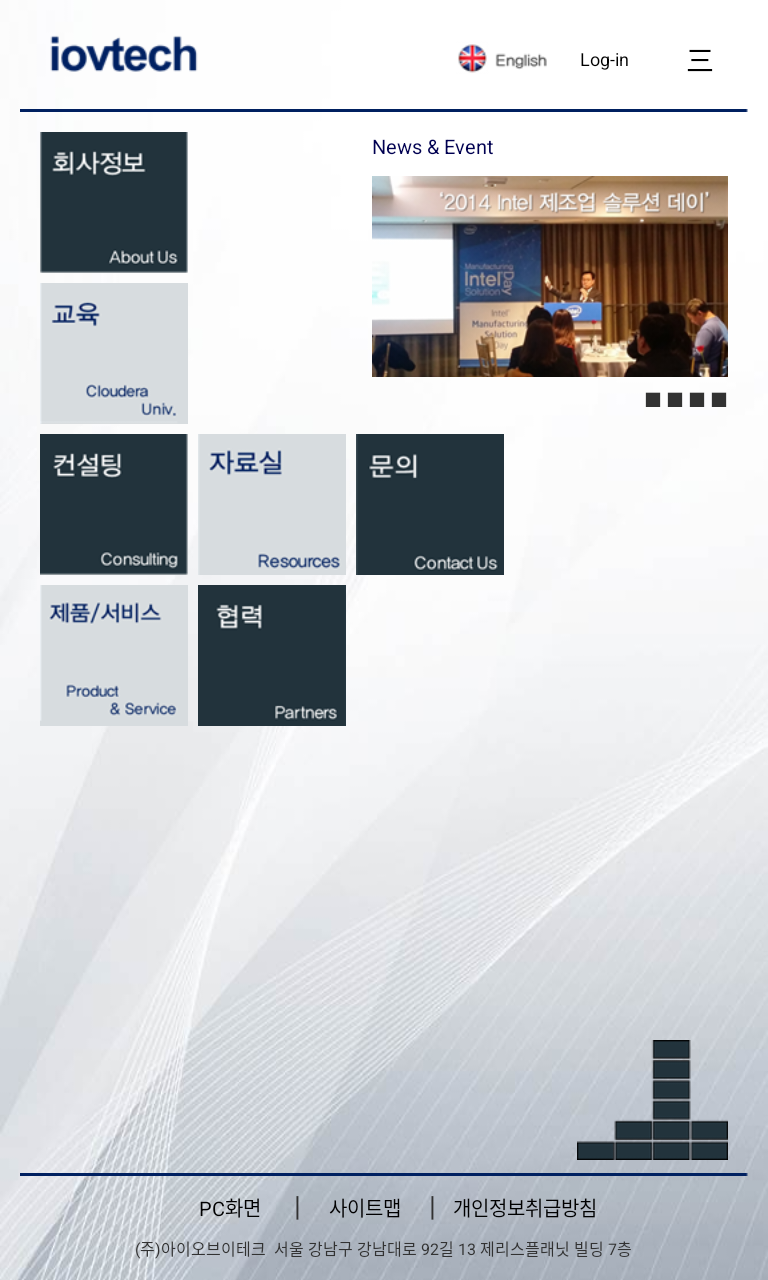
Repository: hyekkyung/CDH_Tutorials
Layout: Mobile_IOV/res/layout/m_main_kor.xml
The author's editor kept a copy of each file at every save. The layout is drawn from the files as they stood at one save, then again after the next save.
It is drawn on a 768 x 1280 px phone screen (xhdpi) without system bars, with theme AppTheme; the app's code is not run.

Above is the layout before, as saved 2015-02-02 08:12:31.

### Mobile_IOV/res/layout/m_main_kor.xml
<?xml version="1.0" encoding="utf-8"?>
<RelativeLayout xmlns:android="http://schemas.android.com/apk/res/android"
    android:layout_width="match_parent"
    android:layout_height="match_parent"
    android:background="@drawable/bg_main"
    android:paddingBottom="10sp"
    android:paddingLeft="10sp"
    android:paddingRight="10sp"
    android:paddingTop="5sp" >

    <LinearLayout
        android:id="@+id/linearLayout1"
        android:layout_width="wrap_content"
        android:layout_height="wrap_content"
        android:layout_alignParentLeft="true"
        android:layout_alignParentRight="true"
        android:layout_alignParentTop="true" >

        <ImageButton
       		android:id="@+id/home_btn"
            style="?android:attr/buttonStyleSmall"
            android:layout_width="wrap_content"
            android:layout_height="wrap_content"
            android:background="#0000000"
            android:src="@drawable/logo_03" />

        <ImageButton
       		android:id="@+id/kor_btn"
            style="?android:attr/buttonStyleSmall"
            android:layout_width="wrap_content"
            android:layout_height="wrap_content"
            android:background="#0000000"
            android:layout_weight="0.5"
            android:layout_marginLeft="25sp"
            android:onClick="mOnclick" />

        <ImageView
       		android:id="@+id/lang_btn"
            android:layout_width="wrap_content"
            android:layout_height="wrap_content"
            android:background="@drawable/eng_btn"
            android:paddingLeft="3sp"
            android:onClick="mOnclick"
            android:layout_gravity="center" />

        <Button
       		android:id="@+id/join_btn"
            style="?android:attr/buttonStyleSmall"
            android:layout_width="wrap_content"
            android:layout_height="wrap_content"
            android:background="#0000000"
            android:text="Log-in"
            android:textSize="9sp"
            android:layout_gravity="center" />

        <Button
       		android:id="@+id/sub_btn"
            style="?android:attr/buttonStyleSmall"
            android:layout_width="wrap_content"
            android:layout_height="wrap_content"
            android:background="#0000000"
            android:text="三"
            android:layout_gravity="center" />

    </LinearLayout>

    <ImageView
        android:id="@+id/imageView1"
        android:layout_width="wrap_content"
        android:layout_height="wrap_content"
        android:layout_below="@+id/linearLayout1"
        android:layout_centerHorizontal="true"
        android:src="@drawable/sep_line" />

    <TextView
        android:id="@+id/textView1"
        android:layout_width="wrap_content"
        android:layout_height="wrap_content"
        android:layout_alignParentBottom="true"
        android:layout_centerHorizontal="true"
        android:paddingTop="5sp"
        android:text="(주)아이오브이테크  서울 강남구 강남대로 92길 13 제리스플래닛 빌딩 7층"
        android:textSize="8sp" />

    <LinearLayout
        android:id="@+id/linearLayout2"
        android:layout_width="wrap_content"
        android:layout_height="wrap_content"
        android:layout_above="@+id/textView1"
        android:layout_centerHorizontal="true" >

        <Button
            android:id="@+id/pc_btn"
            android:layout_width="wrap_content"
            android:layout_height="20sp"
            android:background="#0000000"
            android:text=" PC화면 "
            android:textSize="10sp" />

        <TextView
            android:layout_width="wrap_content"
            android:layout_height="wrap_content"
            android:text="|"
            android:textAppearance="?android:attr/textAppearanceSmall" />

        <Button
            android:id="@+id/sitemap_btn"
            android:layout_width="wrap_content"
            android:layout_height="20sp"
            android:background="#0000000"
            android:text=" 사이트맵 "
            android:textSize="10sp" />

        <TextView
            android:layout_width="wrap_content"
            android:layout_height="wrap_content"
            android:text="| "
            android:textAppearance="?android:attr/textAppearanceSmall" />

        <Button
            android:id="@+id/personal_btn"
            android:layout_width="wrap_content"
            android:layout_height="20sp"
            android:background="#0000000"
            android:text="  개인정보취급방침 "
            android:textSize="10sp" />
    </LinearLayout>

    <ImageView
        android:id="@+id/imageView3"
        android:layout_width="wrap_content"
        android:layout_height="wrap_content"
        android:layout_above="@+id/linearLayout2"
        android:layout_alignLeft="@+id/imageView1"
        android:paddingTop="5sp"
        android:paddingBottom="5sp"
        android:src="@drawable/sep_line" />

    <RelativeLayout
        android:layout_width="wrap_content"
        android:layout_height="wrap_content"
        android:layout_alignBottom="@+id/imageView3"
        android:layout_alignParentLeft="true"
        android:layout_alignRight="@+id/imageView3"
        android:layout_below="@+id/imageView1"
        android:paddingLeft="10sp"
        android:paddingRight="10sp"
        android:paddingTop="10sp"
        android:paddingBottom="10sp" >

        <ImageButton
            android:id="@+id/event_1"
            android:layout_width="wrap_content"
            android:layout_height="wrap_content"
            android:layout_alignParentRight="true"
            android:layout_below="@+id/textView2"
            android:src="@drawable/event_1"
            android:background="#FFFFFF"
            android:paddingTop="5sp" />

        <TextView
            android:id="@+id/textView2"
            android:layout_width="wrap_content"
            android:layout_height="wrap_content"
            android:layout_alignLeft="@+id/event_1"
            android:layout_alignParentTop="true"
            android:text="News &amp; Event"
            android:textColor="#000051"
            android:textSize="10sp"
            android:paddingBottom="3sp" />

        <ImageButton
            android:id="@+id/info_btn"
            android:layout_width="wrap_content"
            android:layout_height="wrap_content"
            android:layout_alignParentLeft="true"
            android:layout_alignTop="@+id/textView2"
            android:background="#0000000"
            android:src="@drawable/icon_info" />

        <ImageButton
            android:id="@+id/edu_btn"
            android:layout_width="wrap_content"
            android:layout_height="wrap_content"
            android:layout_alignParentLeft="true"
            android:layout_below="@+id/info_btn"
            android:src="@drawable/icon_edu"
            android:background="#0000000"
            android:paddingTop="5sp" />

        <ImageButton
            android:id="@+id/consult_btn"
            android:layout_width="wrap_content"
            android:layout_height="wrap_content"
            android:layout_alignParentLeft="true"
            android:layout_below="@+id/edu_btn"
            android:src="@drawable/icon_consult"
            android:background="#0000000"
            android:paddingTop="5sp" />

        <ImageButton
            android:id="@+id/product_btn"
            android:layout_width="wrap_content"
            android:layout_height="wrap_content"
            android:layout_alignParentLeft="true"
            android:layout_below="@+id/consult_btn"
            android:src="@drawable/icon_product"
            android:background="#0000000"
            android:paddingTop="5sp" />

        <ImageButton
            android:id="@+id/ref_btn"
            android:layout_width="wrap_content"
            android:layout_height="wrap_content"
            android:layout_alignTop="@+id/consult_btn"
            android:layout_toRightOf="@+id/consult_btn"
            android:src="@drawable/icon_resource"
            android:background="#0000000"
            android:paddingTop="5sp"
            android:paddingLeft="5sp" />

        <ImageButton
            android:id="@+id/partner_btn"
            android:layout_width="wrap_content"
            android:layout_height="wrap_content"
            android:layout_alignLeft="@+id/ref_btn"
            android:layout_alignTop="@+id/product_btn"
            android:src="@drawable/icon_partner"
            android:background="#0000000"
            android:paddingTop="5sp"
            android:paddingLeft="5sp" />

        <ImageButton
            android:id="@+id/contact_btn"
            android:layout_width="wrap_content"
            android:layout_height="wrap_content"
            android:layout_alignTop="@+id/ref_btn"
            android:layout_toRightOf="@+id/ref_btn"
            android:src="@drawable/icon_contact"
            android:background="#0000000"
            android:paddingTop="5sp"
            android:paddingLeft="5sp" />

        <ImageView
            android:id="@+id/imageView2"
            android:layout_width="wrap_content"
            android:layout_height="wrap_content"
            android:layout_alignParentBottom="true"
            android:layout_alignRight="@+id/event_1"
            android:src="@drawable/logo_graph"
            android:paddingBottom="3sp" />

        <TextView
            android:id="@+id/textView3"
            android:layout_width="wrap_content"
            android:layout_height="wrap_content"
            android:layout_alignRight="@+id/event_1"
            android:layout_below="@+id/event_1"
            android:text="■"
            android:textSize="12sp"
            android:paddingTop="2sp"
            android:paddingLeft="2sp" />

        <TextView
            android:id="@+id/textView4"
            android:layout_width="wrap_content"
            android:layout_height="wrap_content"
            android:layout_below="@+id/event_1"
            android:layout_toLeftOf="@+id/textView3"
            android:text="■"
            android:textSize="12sp"
            android:paddingTop="2sp"
            android:paddingLeft="2sp" />

        <TextView
            android:id="@+id/textView5"
            android:layout_width="wrap_content"
            android:layout_height="wrap_content"
            android:layout_below="@+id/event_1"
            android:layout_toLeftOf="@+id/textView4"
            android:text="■"
            android:textSize="12sp"
            android:paddingTop="2sp"
            android:paddingLeft="2sp" />

        <TextView
            android:id="@+id/textView6"
            android:layout_width="wrap_content"
            android:layout_height="wrap_content"
            android:layout_below="@+id/event_1"
            android:layout_toLeftOf="@+id/textView5"
            android:text="■"
            android:textSize="12sp"
            android:paddingTop="2sp"
            android:paddingLeft="2sp" />

    </RelativeLayout>

</RelativeLayout>

Loaded but not shown: Mobile_IOV/res/values/styles.xml (common file); Mobile_IOV/res/values-v11/styles.xml (common file); Mobile_IOV/res/values-v14/styles.xml (common file)

After the next save:
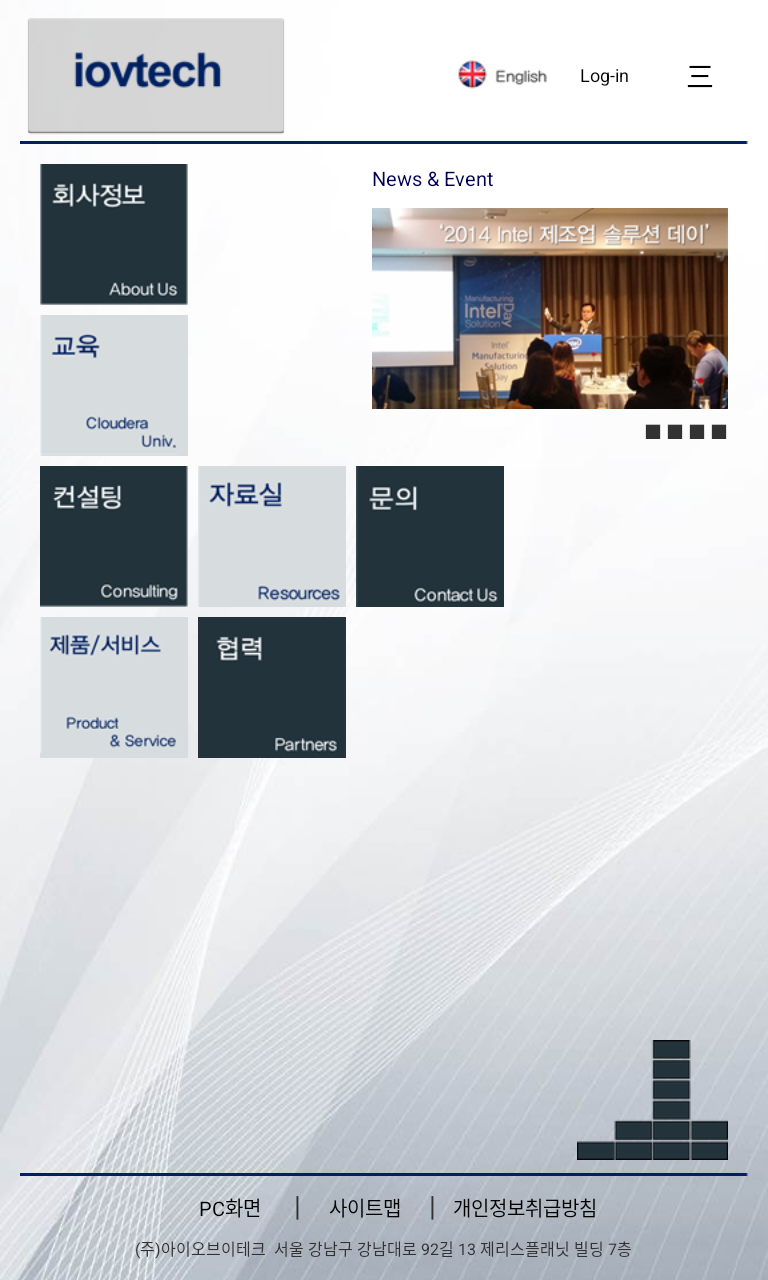
Saved 53 s later.
--- a/Mobile_IOV/res/layout/m_main_kor.xml
+++ b/Mobile_IOV/res/layout/m_main_kor.xml
@@ -21,7 +21,6 @@
             style="?android:attr/buttonStyleSmall"
             android:layout_width="wrap_content"
             android:layout_height="wrap_content"
-            android:background="#0000000"
             android:src="@drawable/logo_03" />
 
         <ImageButton

After the save that followed:
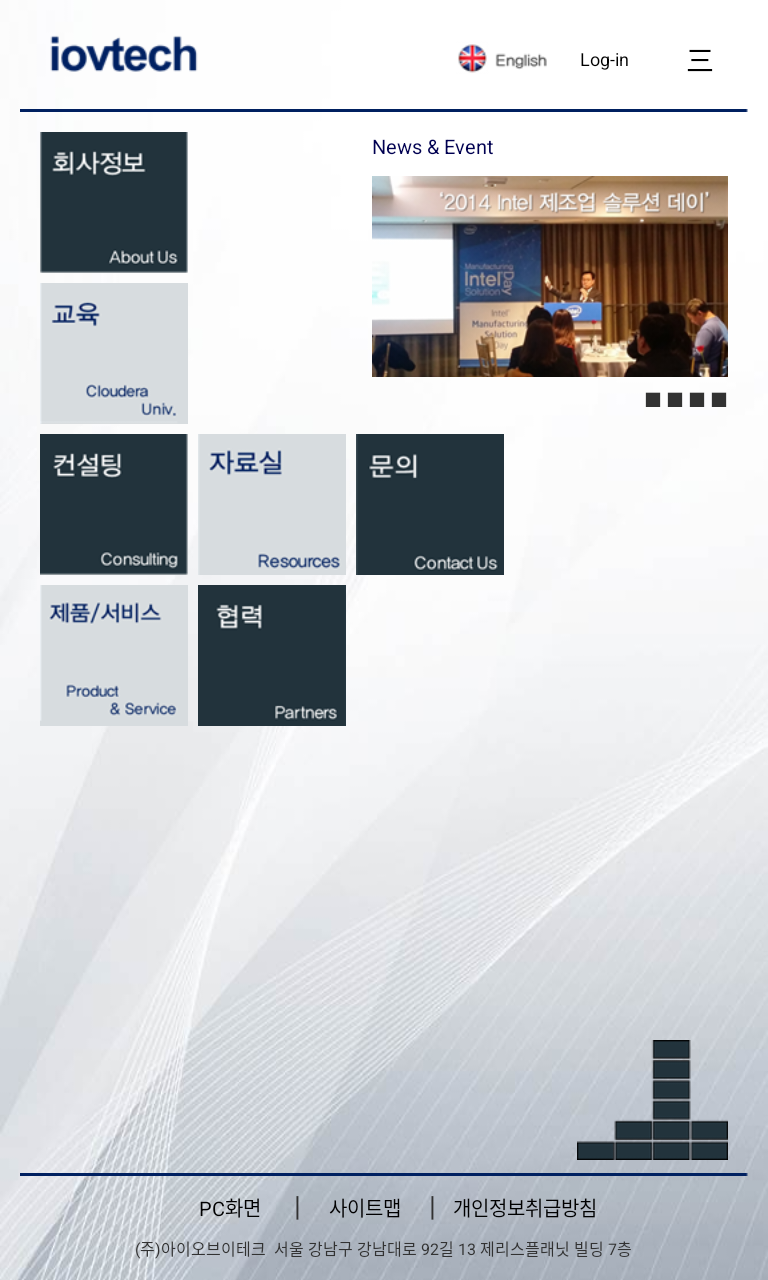
Saved 9 s later.
--- a/Mobile_IOV/res/layout/m_main_kor.xml
+++ b/Mobile_IOV/res/layout/m_main_kor.xml
@@ -21,6 +21,7 @@
             style="?android:attr/buttonStyleSmall"
             android:layout_width="wrap_content"
             android:layout_height="wrap_content"
+            android:background="#0000000"
             android:src="@drawable/logo_03" />
 
         <ImageButton
